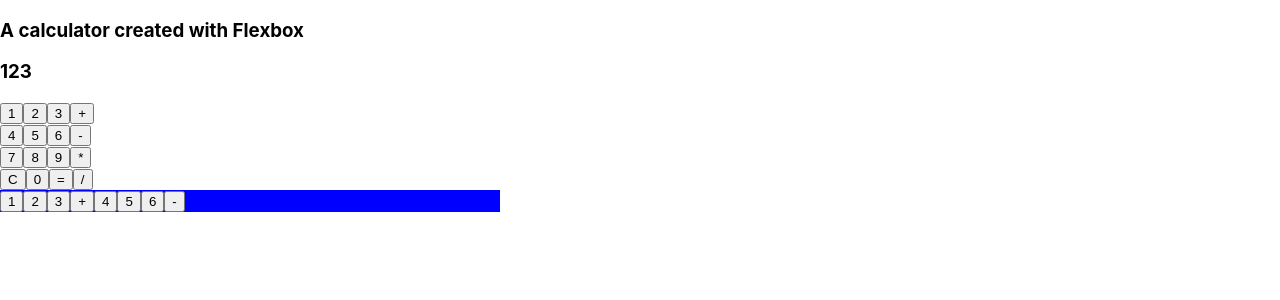
Repository: qudos4real/calculator
Page: /
These files come from the project's save history. The page is drawn as it stood at one moment and after the next save; the edit follows.
The browser window is 1280 px wide. The pictures show the whole page.
The project was rebuilt for these pictures with package versions that can differ from the ones it lists, and the page was loaded fresh each time.

Above is the page before, as saved 2022-10-08 19:21:01.

After the next save:
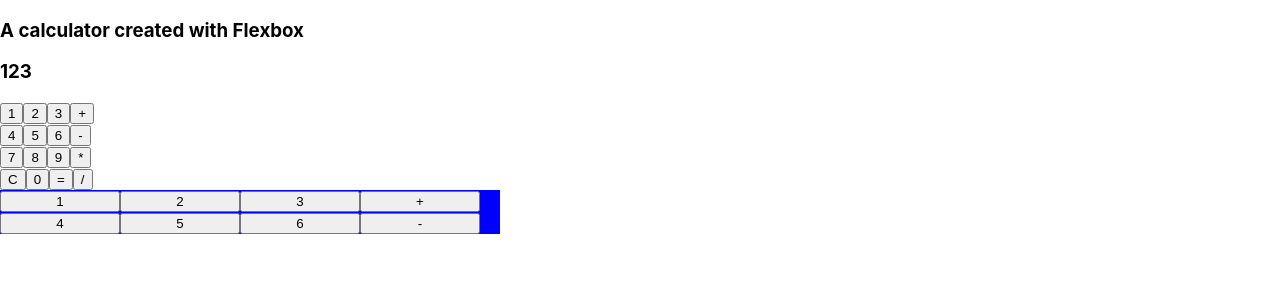
Saved 52 s later.
--- a/src/components/Buttons.css
+++ b/src/components/Buttons.css
@@ -2,3 +2,6 @@
     width: 500px;
     background-color: blue;
 }
+.num {
+    width: 120px;
+}
